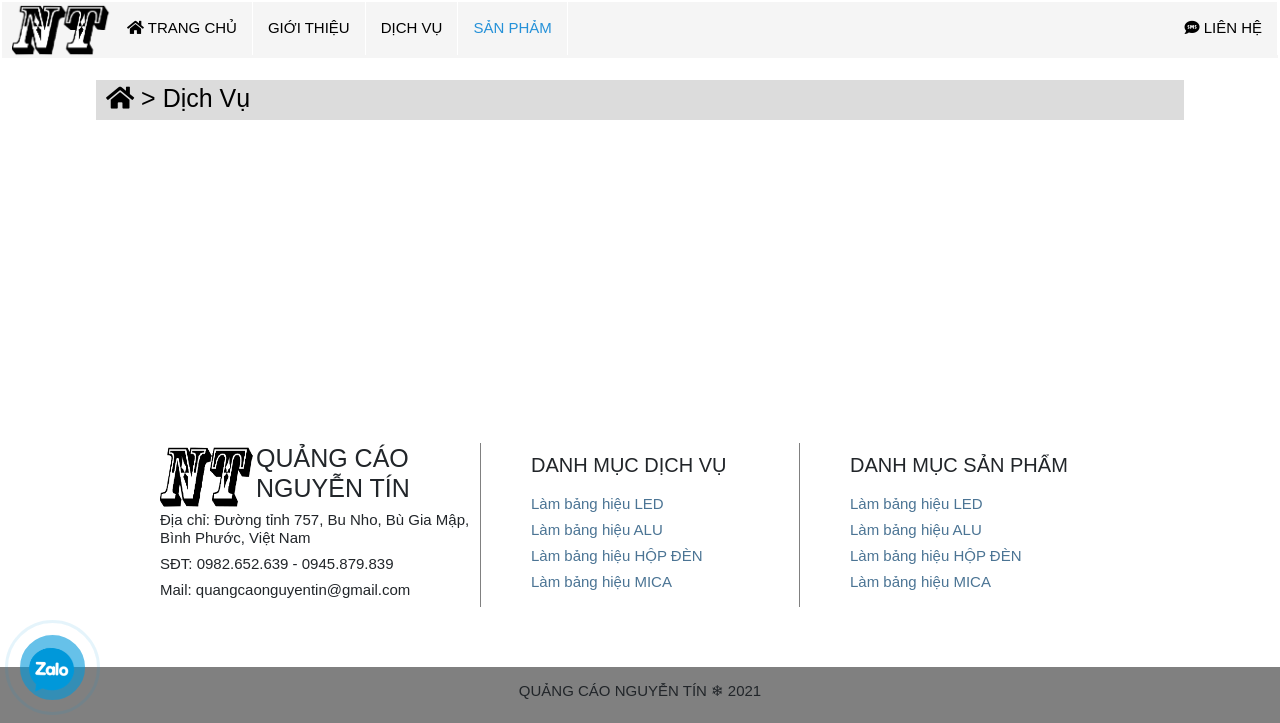
Repository: Haunguyen42193/quangcaonguyentin.github.io
Page: product.html
The author's editor kept a copy of each file at every save. The page is drawn from the files as they stood at one save, then again after a run of saves.
The browser window is 1280 px wide. The pictures show the whole page.
Some web fonts or font styles are not loaded; a fallback is used. Some web libraries are served in a nearby version.

Above is the page before, as saved 2021-10-11 15:12:12.
Console error: ReferenceError: init is not defined

### product.html
<!DOCTYPE html>
<html lang="en">
<head>
    <meta charset="UTF-8">
    <meta http-equiv="X-UA-Compatible" content="IE=edge">
    <meta name="viewport" content="width=device-width, initial-scale=1.0">
    <meta http-equiv="refresh" content="18000"/>
    <title>Quảng Cáo Nguyễn Tín</title>
    <link rel="shotcut icon" href="images/logo2.png"/>
    <link
    rel="stylesheet"
    href="https://cdnjs.cloudflare.com/ajax/libs/animate.css/4.1.1/animate.min.css"
    />
    <!--carousel-->
    <link href="https://cdn.jsdelivr.net/npm/bootstrap@5.1.0/dist/css/bootstrap.min.css" rel="stylesheet" integrity="sha384-KyZXEAg3QhqLMpG8r+8fhAXLRk2vvoC2f3B09zVXn8CA5QIVfZOJ3BCsw2P0p/We" crossorigin="anonymous">
    <!--font awesome-->
    <link rel="stylesheet" href="https://pro.fontawesome.com/releases/v5.10.0/css/all.css" integrity="sha384-AYmEC3Yw5cVb3ZcuHtOA93w35dYTsvhLPVnYs9eStHfGJvOvKxVfELGroGkvsg+p" crossorigin="anonymous"/>
    <!--css-->
    <link rel="stylesheet" href="CSS/styleproduct.css"/>
    <!--font chữ-->
    <link rel="preconnect" href="https://fonts.googleapis.com">
    <link rel="preconnect" href="https://fonts.gstatic.com" crossorigin>
    <link href="https://fonts.googleapis.com/css2?family=K2D:wght@600&display=swap" rel="stylesheet">
    <!-- JavaScript Bundle with Popper -->
    <script src="https://cdn.jsdelivr.net/npm/bootstrap@5.1.0/dist/js/bootstrap.bundle.min.js" integrity="sha384-U1DAWAznBHeqEIlVSCgzq+c9gqGAJn5c/t99JyeKa9xxaYpSvHU5awsuZVVFIhvj" crossorigin="anonymous"></script>
    <!--Jquery-->
    <script src="Js/jquery-3.6.0.min.js"></script>
    <!--wowjs-->
    <script src="https://cdnjs.cloudflare.com/ajax/libs/wow/1.1.2/wow.min.js" integrity="sha512-Eak/29OTpb36LLo2r47IpVzPBLXnAMPAVypbSZiZ4Qkf8p/7S/XRG5xp7OKWPPYfJT6metI+IORkR5G8F900+g==" crossorigin="anonymous" referrerpolicy="no-referrer"></script>

</head>
<body onload="init()">
    <script src="Js/jsproduct.js"></script>
    <!--Menu-->
    <nav class="header-menu">
        <div class="menu">
            <div class="logo">
                <a href="homepage.html"><img src="images/logo2.png" alt="bang quang cao tiem" id="logotiem"/></a>
            </div>
            <ul>
                <li><a href="homepage.html"><i class="fas fa-home"></i> TRANG CHỦ</a></li>
                <li><a href="introduce.html">GIỚI THIỆU</a></li>
                <li class="sub"><a href="service.html">DỊCH VỤ</a>
                    <ul class="menu subcontent">
                        <li><a href="service.html#tab1" rel="service.html#LED">LÀM BẢNG HIỆU LED</a></li>
                        <li><a href="service.html#tab2" rel="service.html#ALU">LÀM BẢNG HIỆU ALU</a></li>
                        <li><a href="service.html#tab3" rel="service.html#Hd">LÀM BẢNG HIỆU HỘP ĐÈN</a></li>
                        <li><a href="service.html#tab4" rel="service.html#MICA">LÀM BẢNG HIỆU MICA</a></li>
                    </ul>
                </li>
                <li class="sub"><a href="product.html" class="chose">SẢN PHẢM</a>
                    <ul class="menu subcontent">
                        <li><a href="#">BẢNG HIỆU LED</a></li>
                        <li><a href="#">BẢNG HIỆU ALU</a></li>
                        <li><a href="#">BẢNG HIỆU HỘP ĐÈN</a></li>
                        <li><a href="#">BẢNG HIỆU MICA</a></li>
                    </ul>
                </li>
                <li><a href="contact.html"><i class="fas fa-sms"></i> LIÊN HỆ</a></li>
            </ul>
        </div>
    </nav>
    <!--page-->
    <section>
        <div class="page">
            <div>
                <a href="homepage.html" title="Trang chủ"><i class="fas fa-home"></i></a>
                <span>></span>
                <span class="move">Dịch Vụ</span>
            </div>
        </div>
    </section>
    <!--go to top-->
    <section>
        <div>
            <a id="goToTop" href="javascript:;"><i class="fas fa-chevron-up" title="GO TO TOP"></i></a>
        </div>
    </section>
    <!--zalo-->
    <section >
        <div class="zalo">
            <a href="https://zalo.me/0982652639" target="_blank"><img src="images/icon-zalo1.png"/></a>
        </div>
        <div class="zalo-circle"></div>
        <div class="zalo-circle-small"></div>
    </section>

    <!--service-->
    <section class="service">

        <div class="line"></div>
    </section>

    <!--foot-contact-->
    <section>
        <div class="foot-contacts">
          <div class="foot-contact">
            <img src="images/logo2.png" alt="logo" class="foot-logo" />
            <h1>QUẢNG CÁO NGUYỄN TÍN</h1>
            <h2>Địa chỉ: Đường tỉnh 757, Bu Nho, Bù Gia Mập, Bình Phước, Việt Nam</h2>
            <h2>SĐT: 0982.652.639 - 0945.879.839</h2>
            <h2>Mail: quangcaonguyentin@gmail.com</h2>
          </div>
          <div class="foot-service">
            <div class="foot-service-title">
              <h1>DANH MỤC DỊCH VỤ</h1>
            </div>
            <h2><a href="#">Làm bảng hiệu LED</a></h2>
            <h2><a href="#">Làm bảng hiệu ALU</a></h2>
            <h2><a href="#">Làm bảng hiệu HỘP ĐÈN</a></h2>
            <h2><a href="#">Làm bảng hiệu MICA</a></h2>
          </div>
          <div class="foot-product">
            <div class="foot-service-title">
              <h1>DANH MỤC SẢN PHẨM</h1>
            </div>
            <h2><a href="#">Làm bảng hiệu LED</a></h2>
            <h2><a href="#">Làm bảng hiệu ALU</a></h2>
            <h2><a href="#">Làm bảng hiệu HỘP ĐÈN</a></h2>
            <h2><a href="#">Làm bảng hiệu MICA</a></h2>
          </div>
        </div>
    </section>
    <!--foot-->
    <div class="web-foot">
        <h2>QUẢNG CÁO NGUYỄN TÍN &#10052 2021</h2>
    </div>
</body>
</html>

### CSS/styleproduct.css
body {
    font-family: 'K2D', sans-serif;
    font-size: 15px;
    background-color: white;
    background-repeat: no-repeat;
    background-attachment: fixed;
    /* background:linear-gradient( #F18D9E, #E6D72A, #5BC8AC, #98DBC6); */
}
/*menu*/
.header-menu{
    width:100%;
    background-color: whitesmoke;
    padding-left: 10px;
    border: 2px solid white;
    position: fixed;
    z-index:99;
    top:0;
    left:0;

}
img#logotiem{
    width:100px;
    float:left;
}
div.menu > ul{
    display:flex;
    /* justify-content: center;
    align-items: center; */
}
div.menu ul{
    list-style-type: none;
    margin: 0;
    padding:0;
    background-color: whitesmoke;
}
div.menu ul li:last-child{
    margin-left: auto;
}
.subcontent{
    display:none;
    background: linear-gradient(gray, rgb(224, 222, 222));
}
.sub:hover .subcontent{
    display: block;
    position:absolute;
    width: 230px;
}

div.menu ul li{
    margin-bottom: 0px;
    position:relative;
    border-right: 1px solid white;
}

div.menu ul li a::before{
    content: '';
     position: absolute;
     bottom: -7px;
     left: 0px;
     width: 100%;
     height: 5px;
     background-color: #0cacdd;
     border-radius: 8px 8px 0 0;
     opacity: 0;
     transition: 0.3s;
}

div.menu ul li a:hover:before{
    opacity: 1;
    bottom:0;
}
div.menu ul li a{
    text-decoration: none;
    display: block;
    padding: 15px;
}
a:link{
    color:black;
}
a:visited{
    color:black;
}
a:hover{
    background-color: rgb(37, 32, 32);
    color: #2591d8;
}
a:active{
    color:rgb(35, 23, 201);
}

.subcontent::before{
    content: " ";
    border-width: 10px;
    border-style: solid;
    border-color:transparent transparent gray transparent;
    position: absolute;
    bottom: 100%;
    left:15%;
}
.chose{
    color: #2591d8 !important;
}
/*gototop*/
#goToTop {
    position: fixed;
    font-size: 30px;
    border-radius: 50%;
    z-index: 99;
    padding: 0 10px;
    border: 2px solid red;
    color: red;
    opacity: 0.5;
    right: 10px;
    bottom: 10px;
}
/*zalo*/
.zalo{
    position: fixed;
    z-index: 999;
    left: 29px;
    bottom: 28px;
    width: 3.5%;
}
.zalo-circle{
    position: fixed;
    z-index: 998;
    left: 15px;
    bottom: 15px;
    width: 75px;
    height: 75px;
    border: 20px solid #0098da;
    border-radius: 50%;
    opacity: 0;
    animation: zalo-ring-circle 2s infinite ease-out;
}
.zalo-circle-small{
    position: fixed;
    z-index: 998;
    left: 5px;
    bottom: 5px;
    width: 95px;
    height: 95px;
    border: 3px solid #0098da;
    border-radius: 50%;
    opacity: 0;
    animation: zalo-ring-circle-small 2s infinite ease-out;
}
.zalo img{
    width: 100%;
    animation:zalo-ring 1s infinite ease-in-out;
}
.zalo > a:hover{
    background-color: transparent;
}
@keyframes zalo-ring{
    0%{
        transform:rotate(0) scale(1) skew(1deg)
    }
    10%{
        transform:rotate(-25deg) scale(1.05) skew(1deg)
    }
    20%{
        transform:rotate(25deg) scale(1) skew(1deg)
    }
    30%{
        transform:rotate(-25deg) scale(1.05) skew(1deg)
    }
    40%{
        transform:rotate(25deg) scale(1) skew(1deg)
    }
    50%{
        transform:rotate(0) scale(1) skew(1deg)
    }
    100%{
        transform:rotate(0) scale(1) skew(1deg)
    }
}
@keyframes zalo-ring-circle{
    0%{
        transform: scale(0.8); opacity: 0.6;
    }
    50%{
        transform: scale(1); opacity: 0.6;
    }
    100%{
        transform: scale(0.8); opacity: 0.6;
    }
}
@keyframes zalo-ring-circle-small{
    0%{
        transform: scale(0.8); opacity: 0.6;
    }
    50%{
        transform: scale(1); opacity: 0.3;
    }
}
/*foot contact*/
.foot-contacts {
    display: flex;
    position: relative;
    top: 400px;
    justify-content: center;
}
.foot-contacts h2{
    font-size: 15px;
}
.foot-contact {
    display: flex;
    width: 350px;
    flex-wrap: wrap;
    width: 25%;
}
.foot-logo{
    width:30%;
}
.foot-contact h1{
    width: 50%;
    font-size: 25px;
}
.foot-service{
    position: relative;
    border-right: 1px solid gray;
    width:25%;
    padding: 0 50px;
    border-left: 1px solid gray;
}
.foot-product{
    position: relative;
    width: 25%;
    padding: 0 50px;
}
.foot-service-title h1{
    font-size: 20px;
    padding-bottom: 10px;
    padding-top: 10px;
}
.foot-contacts a{
    text-decoration: none;
}
.foot-contacts a:link{
    color: #4b7494;
}
.foot-contacts a:visited{
    color: #4b7494;
}
.foot-contacts a:hover{
    color: #0c0e0f;
    background-color: white;
}
.foot-contacts a:active{
    color: #124c79;
}
/*web foot*/
.web-foot{
    background-color: gray;
    position: relative;
    top: 400px;
    padding: 15px;
    margin-top: 60px;
}
.web-foot > h2{
    text-align: center;
    font-size: 15px;
}
/*page*/
.page{
    color: black;
    position: relative;
    top: 80px;
    width: 85%;
    margin: auto;
    height: 40px;
    background-color: gainsboro;
    font-size: 25px;
}
.page div{
    padding-left: 10px;
}
.page a:hover{
    background-color: transparent;
    color: black;
}
.line{
    height: 3px;
    background-color: rgb(109, 107, 224);
    width: 40px;
    margin: 0 auto;
}
/*product*/

### Js/jsproduct.js
$(document).ready(function() {
    wow = new WOW({
        boxClass:     'wow',      // default
        animateClass: 'animate__animated', // default
        offset:       0,          // default
        mobile:       true,       // default
        live:         true        // default
    })
    wow.init();
    $("#goToTop").hide()
    $(window).scroll(function() {

        if($(this).scrollTop() >= 90){
            $("#goToTop").show("slow");
        }
        else{
            $("#goToTop").hide("slow");
        }
    })
    $("#goToTop").click(function() {
        $("html, body").animate({
            scrollTop: 0
        }, 1000);
    })
})

Loaded but not shown: Js/jquery-3.6.0.min.js (library)

After the next 2 saves:
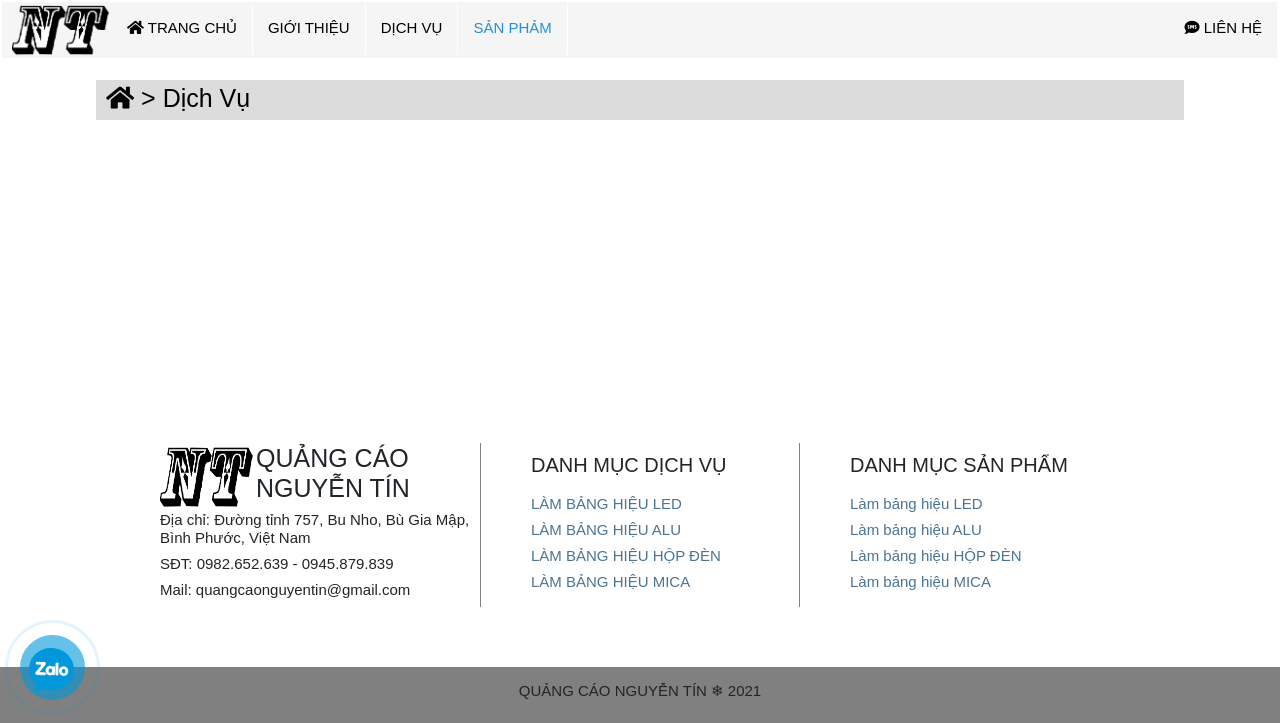
The 2 saves are shown as one change because they came seconds apart.
The last was saved 22 s later.
--- a/product.html
+++ b/product.html
@@ -105,10 +105,10 @@
             <div class="foot-service-title">
               <h1>DANH MỤC DỊCH VỤ</h1>
             </div>
-            <h2><a href="#">Làm bảng hiệu LED</a></h2>
-            <h2><a href="#">Làm bảng hiệu ALU</a></h2>
-            <h2><a href="#">Làm bảng hiệu HỘP ĐÈN</a></h2>
-            <h2><a href="#">Làm bảng hiệu MICA</a></h2>
+            <h2><a href="service.html#tab1" rel="service.html#LED">LÀM BẢNG HIỆU LED</a></h2>
+            <h2><a href="service.html#tab2" rel="service.html#ALU">LÀM BẢNG HIỆU ALU</a></h2>
+            <h2><a href="service.html#tab3" rel="service.html#Hd">LÀM BẢNG HIỆU HỘP ĐÈN</a></h2>
+            <h2><a href="service.html#tab4" rel="service.html#MICA">LÀM BẢNG HIỆU MICA</a></h2>
           </div>
           <div class="foot-product">
             <div class="foot-service-title">
